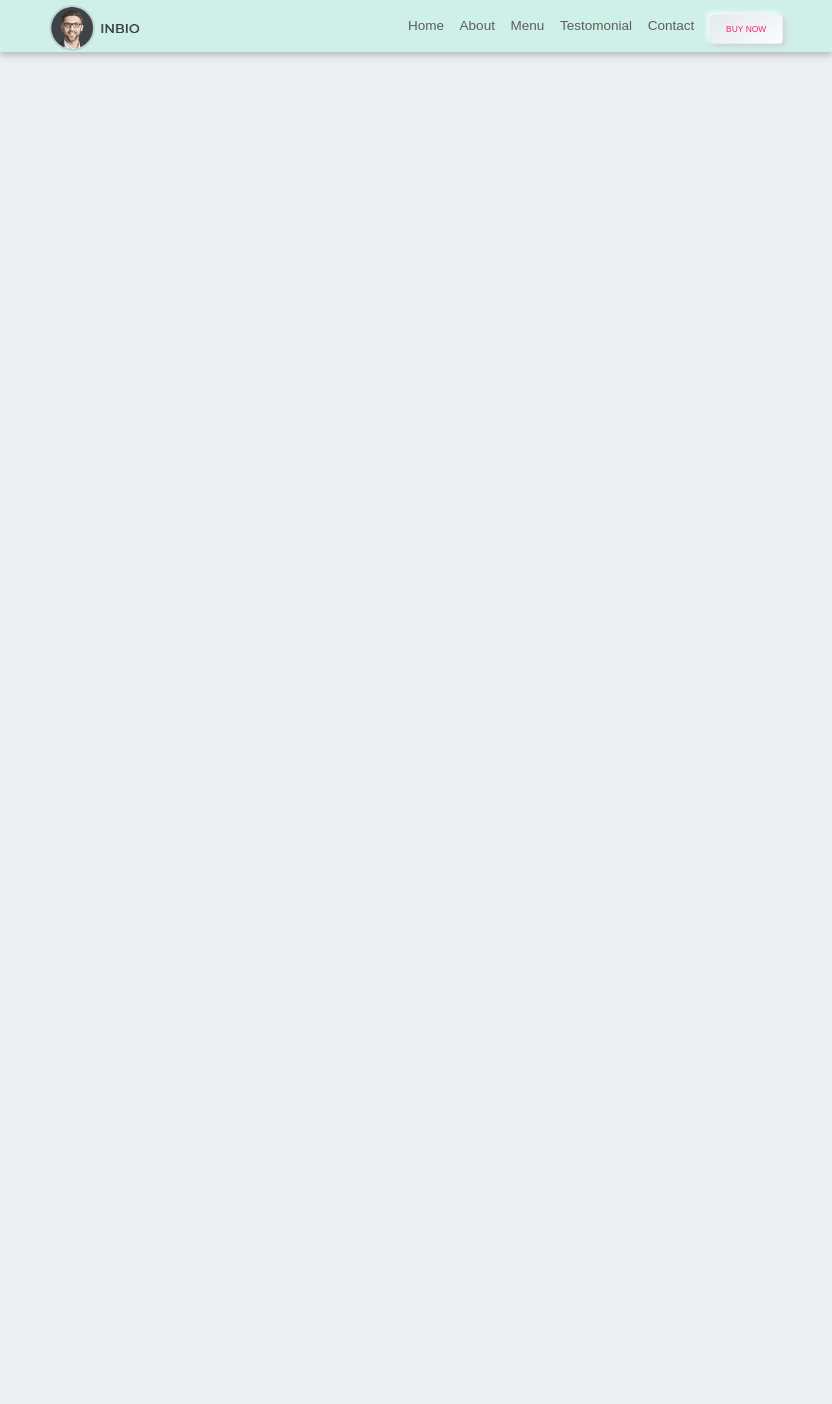
Repository: Sanjayjangra88/PortFolio
Page: /
An editor plug-in stored every save of this project. The page is shown before and after the next save, followed by the edit.
The browser window is 1280 px wide. The pictures show the whole page, at 65% of full size.
Some web libraries are served in a nearby version. The project was rebuilt for these pictures with package versions that can differ from the ones it lists, and the page was loaded fresh each time. Imported but missing from the stored project, and not drawn on this page: src/Components/Header/Navbar.

Above is the page before, as saved 2022-09-10 17:34:06.

After the next save:
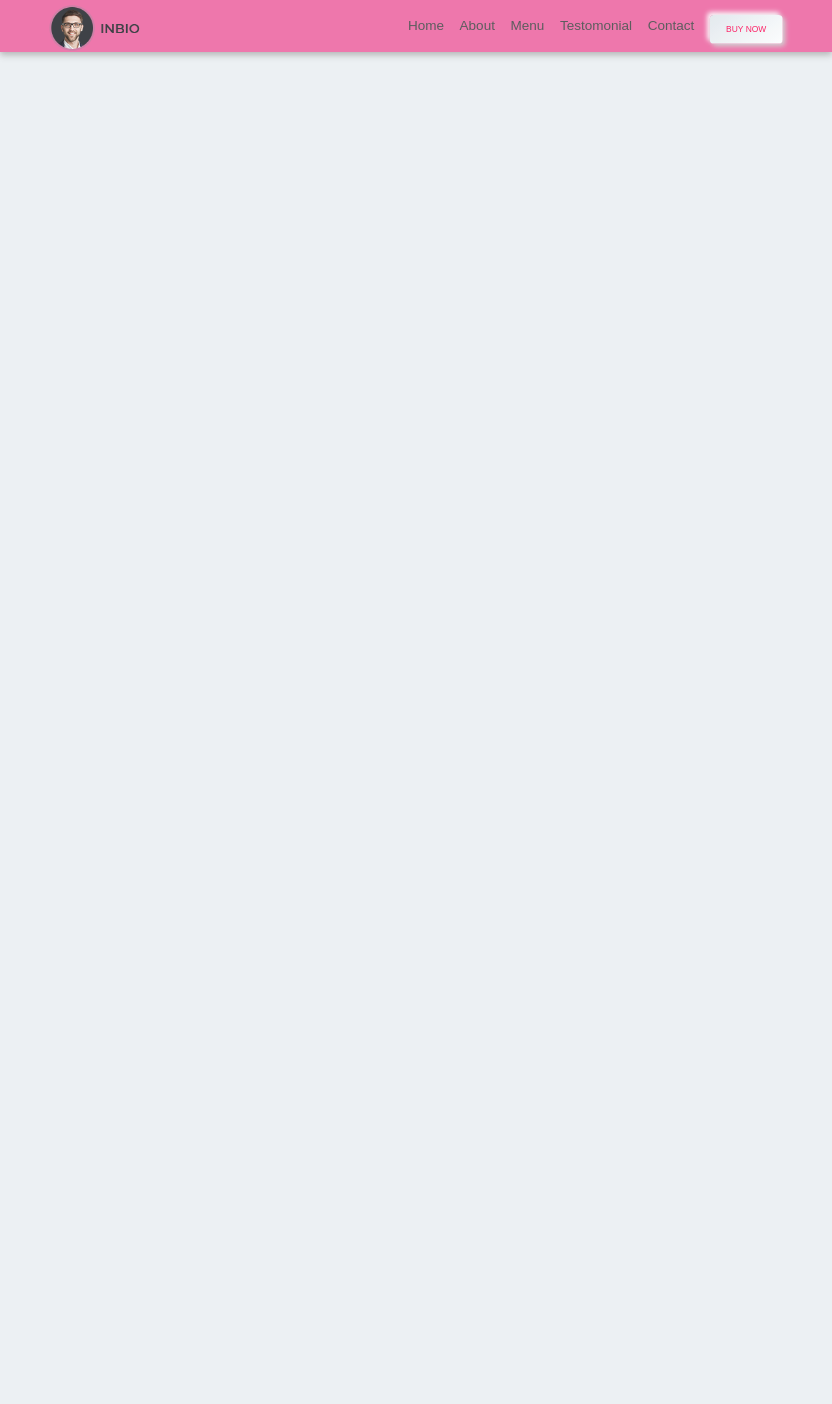
Saved 14 min 16 s later.
--- a/src/Components/Header/header.css
+++ b/src/Components/Header/header.css
@@ -26,7 +26,7 @@
     box-shadow: 0px 5px 10px 0px #aaa;
     position: fixed;
     width: 100%;
-    background: #C9F0E4;
+    background: #ef629f;
     color: #000;
     opacity: 0.85;
     z-index: 100;
